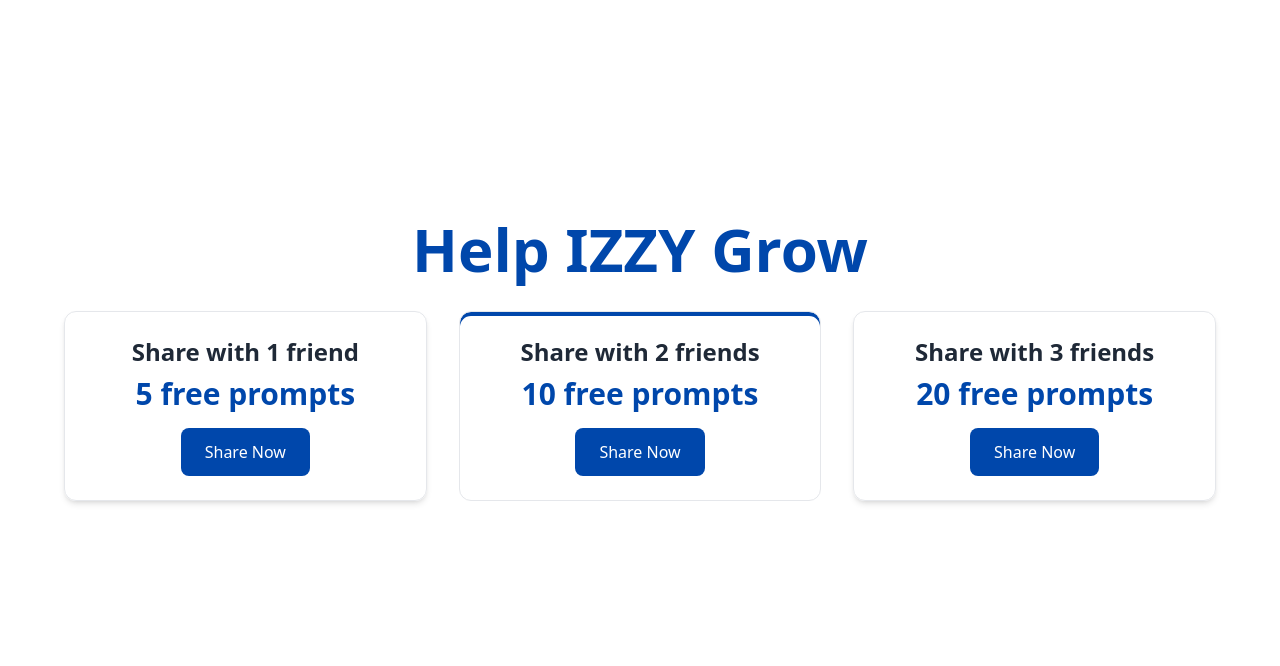
Repository: AvivGranot/IZZY
Page: public/share.html
The author's editor kept a copy of each file at every save. The page is drawn from the files as they stood at one save, then again after the next save.
The browser window is 1280 px wide. The pictures show the whole page.
Some web libraries are served in a nearby version.

Above is the page before, as saved 2025-04-10 20:37:18.
Console error: SyntaxError: Cannot use import statement outside a module

### public/share.html
<!DOCTYPE html>
<html lang="en">
<head>
  <meta charset="UTF-8">
  <meta name="viewport" content="width=device-width, initial-scale=1.0">
  <title>Subscribe to IZZY</title>
  <script src="https://cdn.tailwindcss.com"></script>
  <script>
    // Firebase Initialization
    import { initializeApp } from "https://www.gstatic.com/firebasejs/10.11.0/firebase-app.js";
    import { getAuth, onAuthStateChanged } from "https://www.gstatic.com/firebasejs/10.11.0/firebase-auth.js";
    import { getDatabase, ref, set, get } from "https://www.gstatic.com/firebasejs/10.11.0/firebase-database.js";

    const firebaseConfig = {
      apiKey: "AIzaSyBlmM-6P2WHj59R5FAvFy6ZjIDA637f7p4",
      authDomain: "izzy-auth.firebaseapp.com",
      projectId: "izzy-auth",
      storageBucket: "izzy-auth.appspot.com",
      messagingSenderId: "573135779043",
      appId: "1:573135779043:web:f6c59473f9956c917041d6"
    };

    const app = initializeApp(firebaseConfig);
    const auth = getAuth(app);
    const database = getDatabase(app);

    let shareCount = 0;

    // Firebase Authentication State Management
    onAuthStateChanged(auth, (user) => {
      if (user) {
        getShareCount(user.uid); // Get user-specific share count
      }
    });

    // Fetch share count from Firebase
    function getShareCount(userId) {
      const shareRef = ref(database, 'shares/' + userId);
      get(shareRef).then((snapshot) => {
        if (snapshot.exists()) {
          shareCount = snapshot.val();
        } else {
          set(ref(database, 'shares/' + userId), 0); // Initialize share count
        }
        updateRewards();
      });
    }

    // Handle share count and rewards update
    function shareCount(link) {
      if (shareCount < 3) {
        shareCount += 1;
        updateRewards();

        // Update Firebase with new share count
        const userId = auth.currentUser.uid;
        set(ref(database, 'shares/' + userId), shareCount);

        // Open the share link
        window.open(link, '_blank');
      } else {
        alert("You've reached the maximum share limit of 3!");
      }
    }

    function updateRewards() {
      const rewardsText = document.getElementById("rewardsText");
      if (shareCount >= 3) {
        rewardsText.textContent = "You've shared 3 times! Enjoy 20 free prompts!";
      } else if (shareCount >= 2) {
        rewardsText.textContent = "You've shared 2 times! Enjoy 15 free prompts!";
      } else if (shareCount >= 1) {
        rewardsText.textContent = "You've shared 1 time! Enjoy 5 free prompts!";
      } else {
        rewardsText.textContent = "Start sharing to earn free prompts!";
      }
    }

    // Open sharing modal
    function openShareModal() {
      document.getElementById("shareModal").classList.remove("hidden");
    }

    // Close sharing modal
    function closeShareModal() {
      document.getElementById("shareModal").classList.add("hidden");
    }
  </script>
  <style>
    @keyframes borderFlow {
      0% {
        box-shadow: inset 0 -4px 0 0 #0047AB;
      }
      25% {
        box-shadow: inset 4px 0 0 0 #0047AB;
      }
      50% {
        box-shadow: inset 0 4px 0 0 #0047AB;
      }
      75% {
        box-shadow: inset -4px 0 0 0 #0047AB;
      }
      100% {
        box-shadow: inset 0 -4px 0 0 #0047AB;
      }
    }

    .animate-borderFlow {
      animation: borderFlow 2s linear infinite;
    }
  </style>
</head>
<body class="bg-white text-gray-800 font-sans">

  <!-- Share Modal -->
  <div id="shareModal" class="fixed inset-0 z-50 flex items-center justify-center bg-black bg-opacity-50 hidden">
    <div class="bg-white p-6 rounded-xl max-w-sm w-full text-center">
      <h2 class="text-2xl font-bold text-[#0047AB] mb-4">Share IZZY</h2>
      <button onclick="shareCount('https://api.whatsapp.com/send?text=Check out IZZY – the first AI Avatar for Real Men! https://izzy-auth.web.app')" class="bg-green-500 hover:bg-green-600 text-white font-semibold px-6 py-3 rounded-lg shadow mb-4">WhatsApp</button>
      <button onclick="shareCount('mailto:?subject=Try IZZY&body=Check out this AI Avatar for Real Men: https://izzy-auth.web.app')" class="bg-blue-500 hover:bg-blue-600 text-white font-semibold px-6 py-3 rounded-lg shadow mb-4">Email</button>
      <button onclick="shareCount('https://www.facebook.com/sharer/sharer.php?u=https://izzy-auth.web.app')" class="bg-blue-700 hover:bg-blue-800 text-white font-semibold px-6 py-3 rounded-lg shadow mb-4">Facebook</button>
      <button onclick="shareCount('https://twitter.com/intent/tweet?text=Try IZZY: https://izzy-auth.web.app')" class="bg-blue-400 hover:bg-blue-500 text-white font-semibold px-6 py-3 rounded-lg shadow mb-4">Twitter</button>
      <button onclick="shareCount('https://www.reddit.com/submit?url=https://izzy-auth.web.app')" class="bg-orange-600 hover:bg-orange-700 text-white font-semibold px-6 py-3 rounded-lg shadow mb-4">Reddit</button>
      <button onclick="closeShareModal()" class="mt-4 text-red-500">Close</button>
    </div>
  </div>

  <!-- Content -->
  <div class="min-h-screen flex flex-col items-center justify-center p-6">
    <h1 class="text-4xl md:text-6xl font-bold text-[#0047AB] mb-8 text-center">Help IZZY Grow</h1>
    <div class="grid grid-cols-1 md:grid-cols-3 gap-8 w-full max-w-6xl">
      <div class="border border-gray-200 rounded-xl p-6 shadow-md text-center">
        <h2 class="text-2xl font-semibold mb-2">Share with 1 friend</h2>
        <p class="text-3xl font-bold text-[#0047AB] mb-4">5 free prompts</p>
        <a href="#" onclick="openShareModal()" class="inline-block bg-[#0047AB] text-white font-medium py-3 px-6 rounded-lg hover:bg-blue-800">Share Now</a>
      </div>
      <div class="border border-gray-200 rounded-xl p-6 shadow-md text-center relative animate-borderFlow overflow-hidden">
        <h2 class="text-2xl font-semibold mb-2">Share with 2 friends</h2>
        <p class="text-3xl font-bold text-[#0047AB] mb-4">10 free prompts</p>
        <a href="#" onclick="openShareModal()" class="inline-block bg-[#0047AB] text-white font-medium py-3 px-6 rounded-lg hover:bg-blue-800">Share Now</a>
      </div>
      <div class="border border-gray-200 rounded-xl p-6 shadow-md text-center">
        <h2 class="text-2xl font-semibold mb-2">Share with 3 friends</h2>
        <p class="text-3xl font-bold text-[#0047AB] mb-4">20 free prompts</p>
        <a href="#" onclick="openShareModal()" class="inline-block bg-[#0047AB] text-white font-medium py-3 px-6 rounded-lg hover:bg-blue-800">Share Now</a>
      </div>
    </div>
  </div>
</body>
</html>

After the next save:
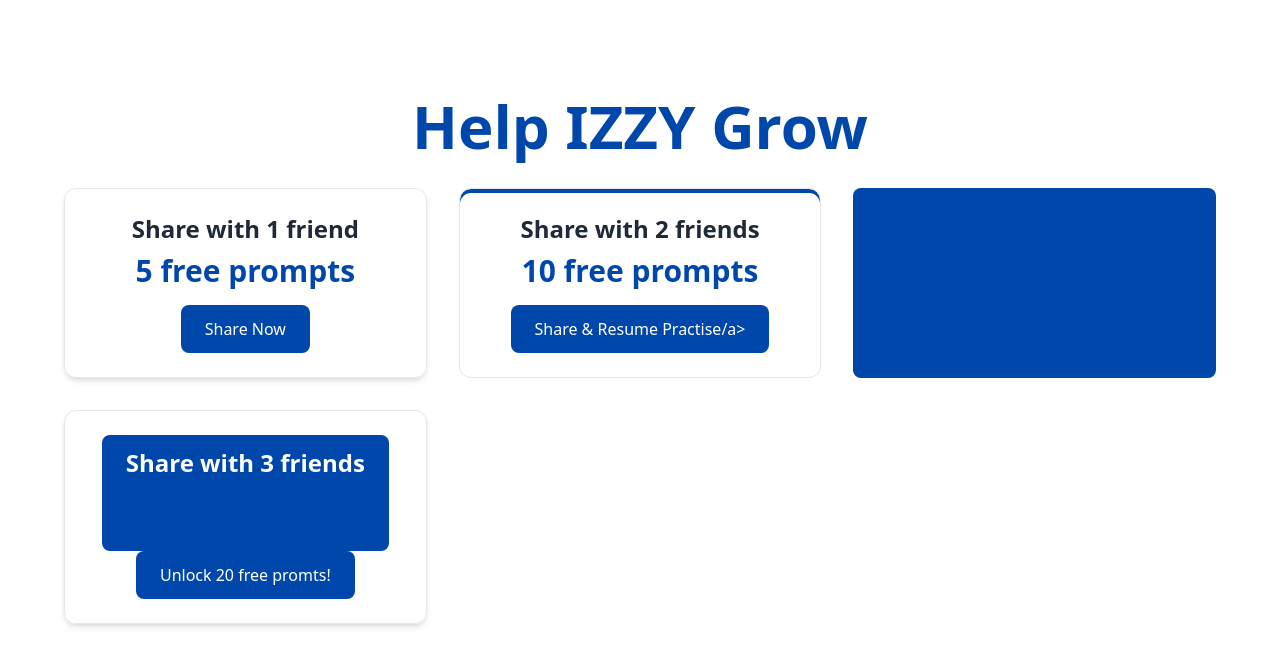
Saved 108 s later.
--- a/public/share.html
+++ b/public/share.html
@@ -137,12 +137,12 @@
       <div class="border border-gray-200 rounded-xl p-6 shadow-md text-center relative animate-borderFlow overflow-hidden">
         <h2 class="text-2xl font-semibold mb-2">Share with 2 friends</h2>
         <p class="text-3xl font-bold text-[#0047AB] mb-4">10 free prompts</p>
-        <a href="#" onclick="openShareModal()" class="inline-block bg-[#0047AB] text-white font-medium py-3 px-6 rounded-lg hover:bg-blue-800">Share Now</a>
+        <a href="#" onclick="openShareModal()" class="inline-block bg-[#0047AB] text-white font-medium py-3 px-6 rounded-lg hover:bg-blue-800">Share & Resume Practise/a>
       </div>
       <div class="border border-gray-200 rounded-xl p-6 shadow-md text-center">
         <h2 class="text-2xl font-semibold mb-2">Share with 3 friends</h2>
         <p class="text-3xl font-bold text-[#0047AB] mb-4">20 free prompts</p>
-        <a href="#" onclick="openShareModal()" class="inline-block bg-[#0047AB] text-white font-medium py-3 px-6 rounded-lg hover:bg-blue-800">Share Now</a>
+        <a href="#" onclick="openShareModal()" class="inline-block bg-[#0047AB] text-white font-medium py-3 px-6 rounded-lg hover:bg-blue-800">Unlock 20 free promts!</a>
       </div>
     </div>
   </div>

After the save that followed:
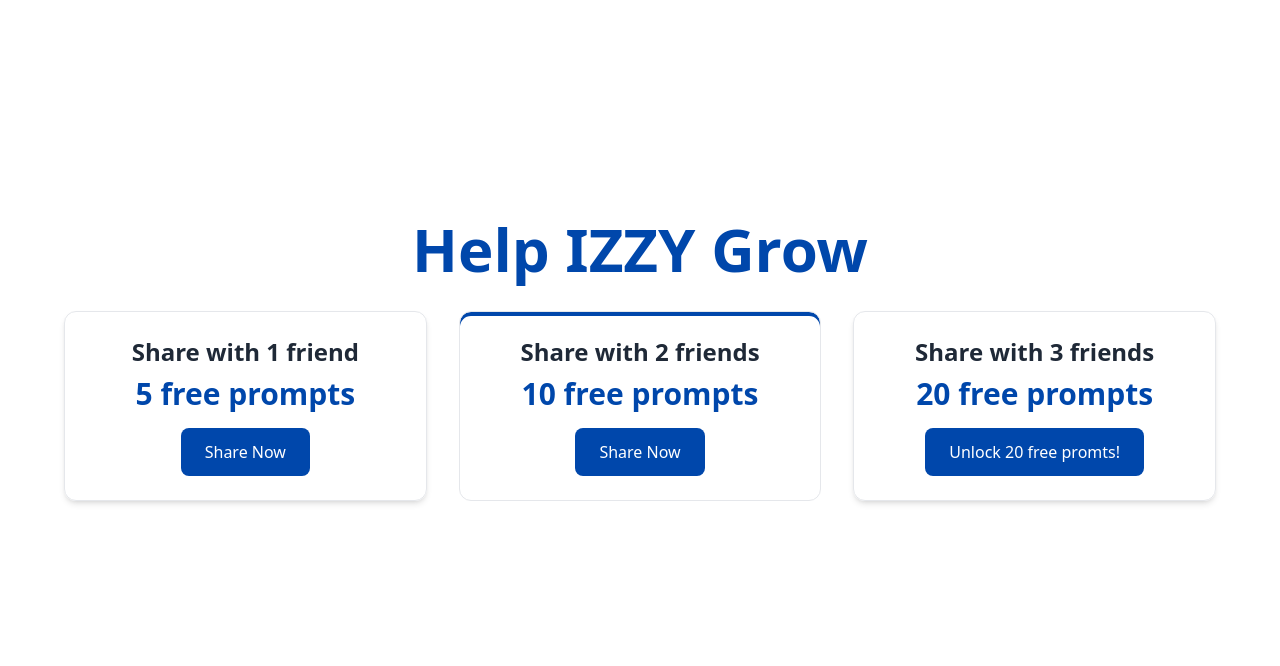
Saved 31 s later.
--- a/public/share.html
+++ b/public/share.html
@@ -137,7 +137,7 @@
       <div class="border border-gray-200 rounded-xl p-6 shadow-md text-center relative animate-borderFlow overflow-hidden">
         <h2 class="text-2xl font-semibold mb-2">Share with 2 friends</h2>
         <p class="text-3xl font-bold text-[#0047AB] mb-4">10 free prompts</p>
-        <a href="#" onclick="openShareModal()" class="inline-block bg-[#0047AB] text-white font-medium py-3 px-6 rounded-lg hover:bg-blue-800">Share & Resume Practise/a>
+        <a href="#" onclick="openShareModal()" class="inline-block bg-[#0047AB] text-white font-medium py-3 px-6 rounded-lg hover:bg-blue-800">Share Now</a>
       </div>
       <div class="border border-gray-200 rounded-xl p-6 shadow-md text-center">
         <h2 class="text-2xl font-semibold mb-2">Share with 3 friends</h2>
